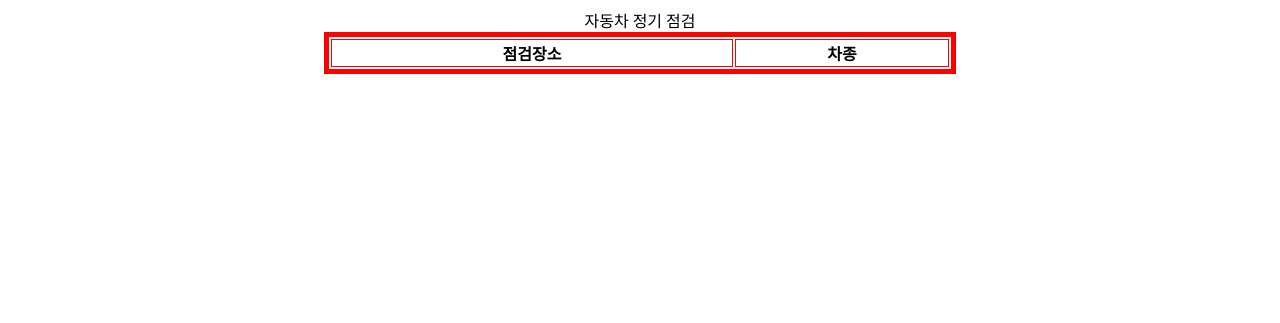
Repository: jjb5442/JSP
Page: 3Day/workspace/02_HTML_tutorial/src/main/webapp/Quiz.html
An editor plug-in stored every save of this project. The page is shown before and after the next save, followed by the edit.
The browser window is 1280 px wide. The pictures show the whole page.

Above is the page before, as saved 2022-05-14 04:39:09.

After the next save:
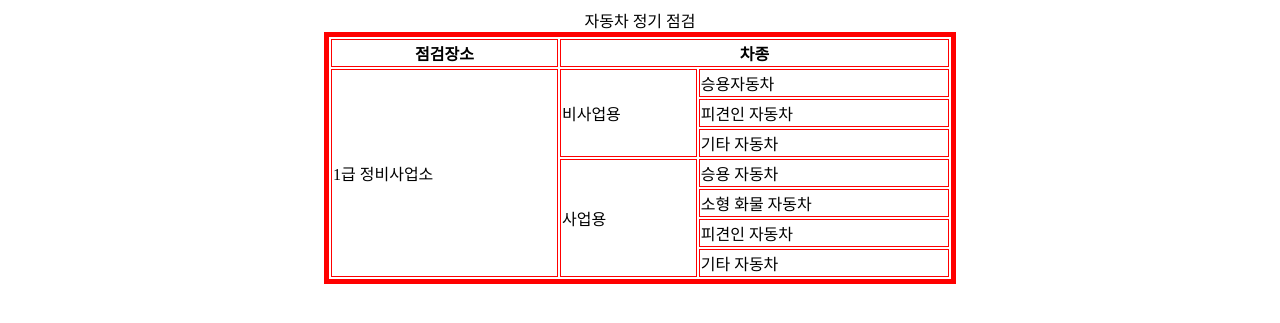
Saved 3 min 11 s later.
--- a/3Day/workspace/02_HTML_tutorial/src/main/webapp/Quiz.html
+++ b/3Day/workspace/02_HTML_tutorial/src/main/webapp/Quiz.html
@@ -12,6 +12,30 @@
 			<th>점검장소</th>
 			<th colspan="2">차종</th>
 		</tr>
+		<tr>
+			<td rowspan="7">1급 정비사업소</td>
+			<td rowspan="3">비사업용</td>
+			<td>승용자동차</td>
+		</tr>
+		<tr>
+			<td>피견인 자동차</td>
+		</tr>
+		<tr>
+			<td>기타 자동차</td>
+		</tr>
+		<tr>
+			<td rowspan="4">사업용</td>
+			<td>승용 자동차</td>
+		</tr>
+		<tr>
+			<td>소형 화물 자동차</td>
+		</tr>
+		<tr>
+			<td>피견인 자동차</td>
+		</tr>
+		<tr>
+			<td>기타 자동차</td>
+		</tr>
 	</table>
 </body>
 </html>
